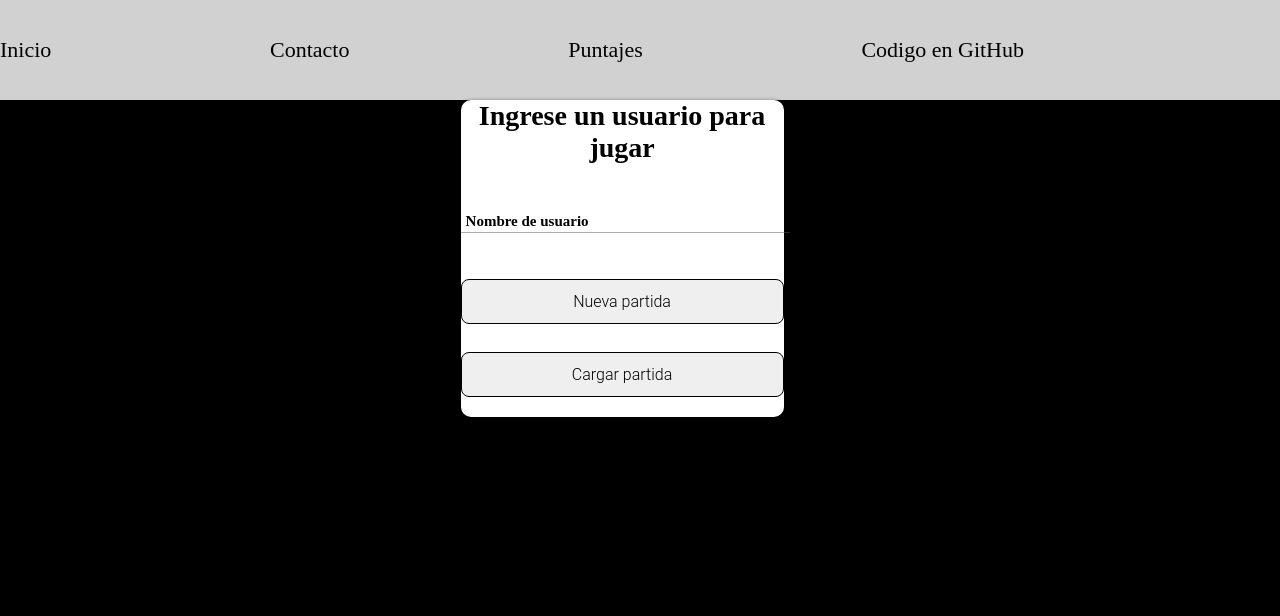
Repository: FacundoKinderknecht/FacundoKinderknecht_Wordle_Game_LPPA
Page: index.html
These files come from the project's save history. The page is drawn as it stood at one moment and after the next save; the edit follows.
The browser window is 1280 px wide. The pictures show the whole page.

Above is the page before, as saved 2023-08-08 02:53:49.

After the next save:
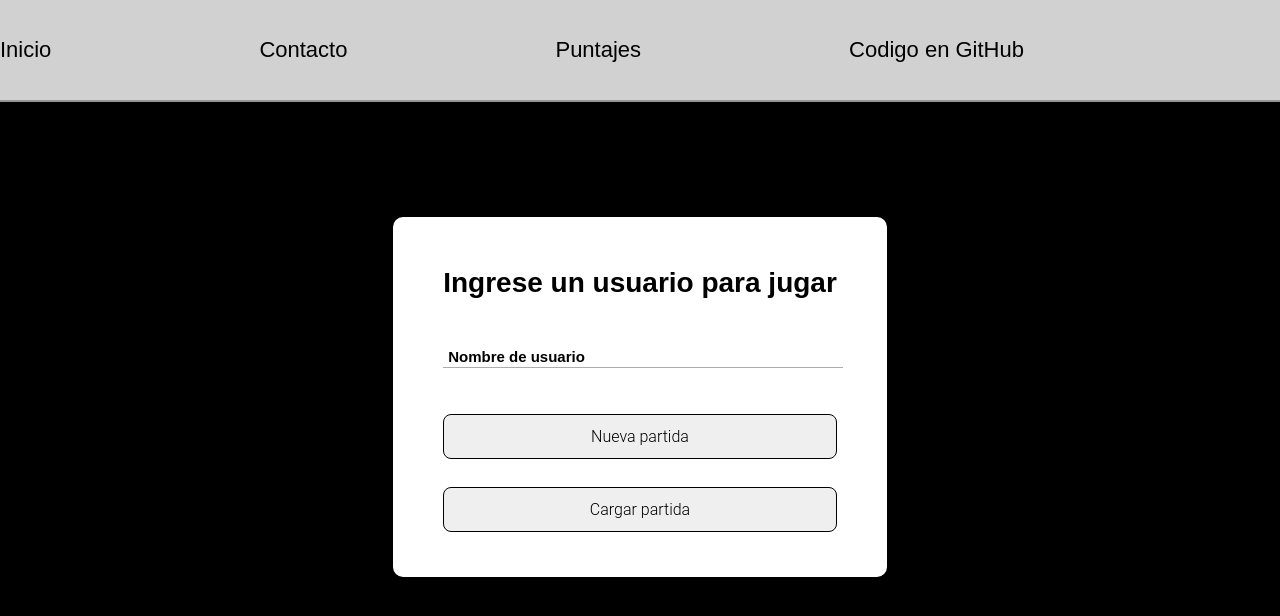
Saved 13 s later.
--- a/index.html
+++ b/index.html
@@ -4,9 +4,9 @@
         <meta charset="UTF-8">
         <meta http-equiv="X-UA-Compatible" content="IE=edge">
         <meta name="viewport" content="width=device-width, initial-scale=1.0">
+        <link rel ="stylesheet" href="/css/reset.css">
         <link rel="stylesheet" href="/css/index.css">
         <link rel="stylesheet" href="/css/styles.css">
-        <link rel ="stylesheet" href="/css/reset.css">
         <script src="/js/index.js"></script>
 
         <title>Final LPPA Facundo Kinderknecht</title>
